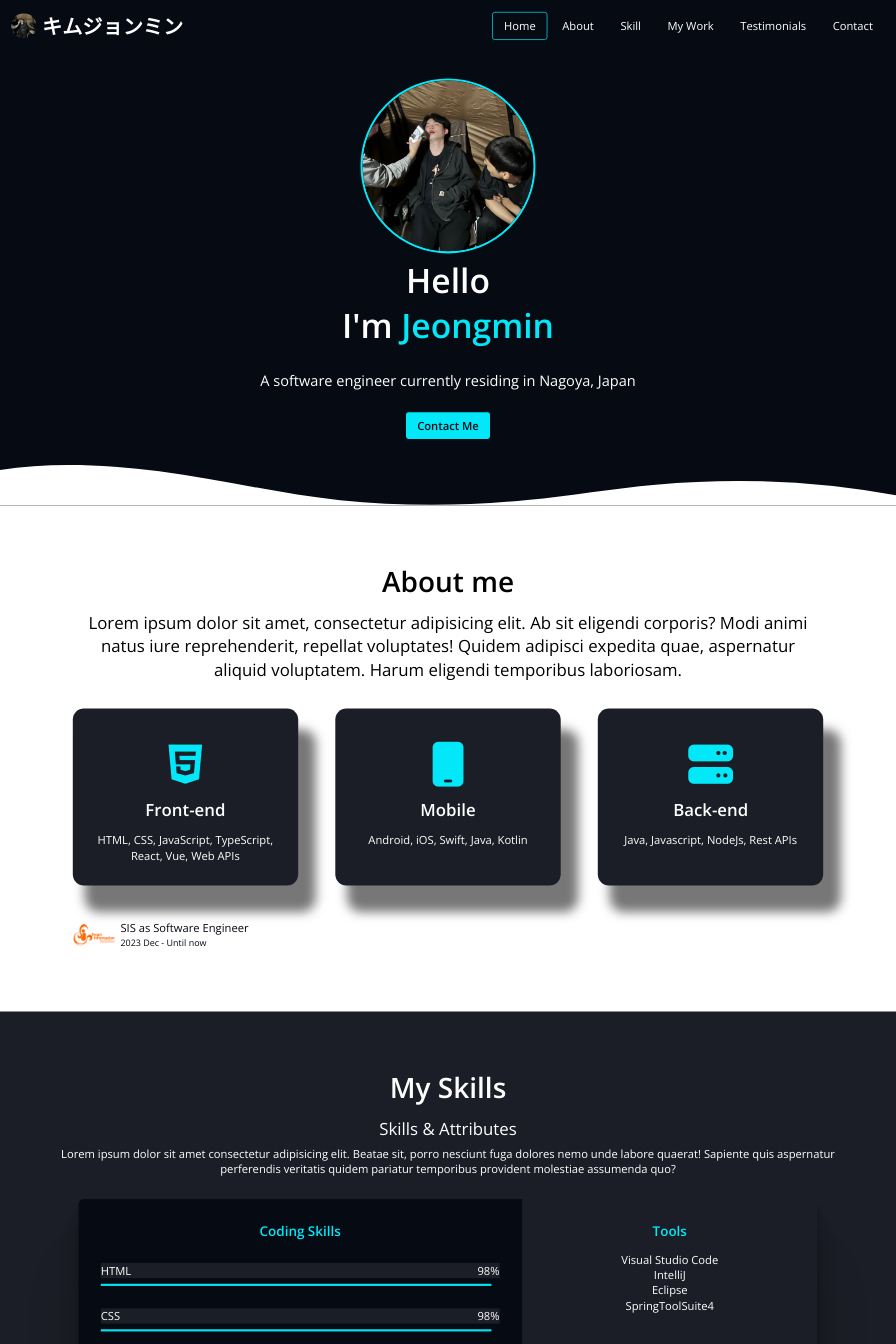
Repository: N1C0N1C0/Portfolio
Page: index.html
The author's editor kept a copy of each file at every save. The page is drawn from the files as they stood at one save, then again after the next save.
The browser window is 1280 px wide. The pictures show the part of the page from y = 0 to 1920 px (the page is 4446 px tall), at 70% of full size.
Some web libraries are served in a nearby version.

Above is the page before, as saved 2024-01-03 22:49:13.

### index.html
<!DOCTYPE html>
<html lang="jp">
<head>
    <meta charset="UTF-8">
    <meta name="viewport" content="width=device-width, initial-scale=1.0">
    <!-- SEO -->
    <title>My&#39s Portfolio</title>
    <meta
        name="description"
        content="Portfolio for job change"
    />
    <meta
        name="author" content="KimJeongmin"
    />
    <link rel="shortcut icon" href="images/favicon.ico" type="image/x-icon">
    <!-- OG(OPEN Graph Data) -->
    <meta property="og:title" content="Portfolio"/>
    <meta property="og:type" content="website"/>
    <meta property="og:url" content="https://n1c0n1c0.github.io/Portfolio/"/>
    <meta property="og:image" content="https://n1c0n1c0.github.io/Portfolio/images/og.webp"/>
    <!-- Google Fonts -->
    <link rel="preconnect" href="https://fonts.googleapis.com">
    <link rel="preconnect" href="https://fonts.gstatic.com" crossorigin>
    <link href="https://fonts.googleapis.com/css2?family=Noto+Sans+JP:wght@300;400;500&family=Open+Sans:wght@400;600&display=swap" rel="stylesheet">
    <!-- Font Awesome -->
    <script src="https://kit.fontawesome.com/04742e9fab.js" crossorigin="anonymous"></script>
    <!-- CSS -->
    <link rel="stylesheet" href="css/style.css">
    <!-- Javascript -->
    <script type="module" src="src/main.js" defer></script>
    <script type="module" src="src/projects.js" defer></script>
    <script type="module" src="src/active_menu.js" defer></script>
</head>
<body>
    <!-- Header -->
    <header class="header">
        <div class="header__logo">
            <img class="header__logo__img" src="images/favicon.ico" alt="logo" />
            <h1 class="header__logo__title"><a href="#">キムジョンミン</a></h1>
        </div>
        <nav class="header__nav">
            <ul class="header__menu">
                <li><a class="header__menu__item active" href="#home">Home</a></li>
                <li><a class="header__menu__item" href="#about">About</a></li>
                <li><a class="header__menu__item" href="#skills">Skill</a></li>
                <li><a class="header__menu__item" href="#work">My Work</a></li>
                <li><a class="header__menu__item" href="#testimonials">Testimonials</a></li>
                <li><a class="header__menu__item" href="#contact">Contact</a></li>
            </ul>
        </nav>
        <button class="header__toggle" aria-label="navigation menu toggle">
            <i class="fa-solid fa-bars"></i>
        </button>
    </header>
    <!-- Main -->
    <main>
        <!-- Home -->
        <section id="home">
            <div class="home__container">
                <img class="home__avatar" src="images/profile.JPG" alt="profile">
                <h2 class="home__title">Hello<br/> I&#39;m <strong class="home__title--strong">Jeongmin</strong></h2>
                <p class="home__description">A software engineer currently residing in Nagoya, Japan</p>
                <a class="home__contact" href="#contact">Contact Me</a>
            </div>
            <div class="home__divider">
                <svg data-name="Layer 1" xmlns="http://www.w3.org/2000/svg" viewBox="0 0 1200 120" preserveAspectRatio="none">
                    <path d="M321.39,56.44c58-10.79,114.16-30.13,172-41.86,82.39-16.72,168.19-17.73,250.45-.39C823.78,31,906.67,72,985.66,92.83c70.05,18.48,146.53,26.09,214.34,3V0H0V27.35A600.21,600.21,0,0,0,321.39,56.44Z" class="shape-fill"></path>
                </svg>
            </div>
        </section>
        <!-- About -->
        <section id="about" class="section max-container">
            <h2 class="title">About me</h2>
            <p class="description">
                Lorem ipsum dolor sit amet, consectetur adipisicing elit. Ab sit eligendi corporis? Modi animi natus iure reprehenderit, repellat voluptates! Quidem adipisci expedita quae, aspernatur aliquid voluptatem. Harum eligendi temporibus laboriosam.
            </p>
            <ul class="majors">
                <li class="major">
                    <i class="fa-brands fa-html5 major__icon"></i>
                    <p class="major__title">Front-end</p>
                    <p>HTML, CSS, JavaScript, TypeScript, React, Vue, Web APIs</p>
                </li>
                <li class="major">
                    <i class="fa-solid fa-mobile major__icon"></i>
                    <p class="major__title">Mobile</p>
                    <p>Android, iOS, Swift, Java, Kotlin</p>
                </li>
                <li class="major">
                    <i class="fa-solid fa-server major__icon"></i>
                    <p class="major__title">Back-end</p>
                    <p>Java, Javascript, NodeJs, Rest APIs</p>
                </li>
            </ul>
            <ul class="jobs">
                <li class="job">
                    <img class="job__img" src="images/sis_image.png" alt="株式 SIS">
                    <div>
                        <p class="job__name">SIS as Software Engineer</p>
                        <p class="job__period">2023 Dec - Until now</p>
                    </div>
                </li>
            </ul>
        </section>
        <!-- Skills -->
        <section id="skills" class="section">
            <div class="max-container">
                <h2 class="title">My Skills</h2>
            <p class="description">Skills & Attributes</p>
            <p>
                Lorem ipsum dolor sit amet consectetur adipisicing elit. Beatae sit, porro nesciunt fuga dolores nemo unde labore quaerat! Sapiente quis aspernatur perferendis veritatis quidem     pariatur temporibus provident molestiae assumenda quo?
            </p>
            <div class="skills">
                <section class="skills__coding">
                    <h3 class="skills__title">Coding Skills</h3>
                    <ul>
                        <li class="bar">
                            <div class="bar__metadata"><span>HTML</span><span>98%</span></div>
                            <div class="bar__bg"><div class="bar__value" style="width: 98%"></div></div>
                        </li>
                        <li class="bar">
                            <div class="bar__metadata"><span>CSS</span><span>98%</span></div>
                            <div class="bar__bg"><div class="bar__value" style="width: 98%"></div></div>
                        </li>
                        <li class="bar">
                            <div class="bar__metadata"><span>JavaScript</span><span>98%</span></div><div class="bar__bg">
                            <div class="bar__value" style="width: 98%"></div></div>
                        </li>
                        <li class="bar">
                            <div class="bar__metadata"><span>TypeScript</span><span>98%</span></div>
                            <div class="bar__bg"><div class="bar__value" style="width: 98%"></div></div>
                        </li>
                        <li class="bar">
                            <div class="bar__metadata"><span>React</span><span>98%</span></div>
                            <div class="bar__bg"><div class="bar__value" style="width: 98%"></div></div>
                        </li>
                        <li class="bar">
                            <div class="bar__metadata"><span>Java</span><span>68%</span></div>
                            <div class="bar__bg"><div class="bar__value" style="width: 68%"></div></div>
                        </li>
                    </ul>
                </section>
                <section class="skills__tools">
                    <h3 class="skills__title">Tools</h3>
                    <ul>
                        <li>Visual Studio Code</li>
                        <li>IntelliJ</li>
                        <li>Eclipse</li>
                        <li>SpringToolSuite4</li>
                    </ul>
                </section>
                <section class="skills__etc">
                    <h3 class="skills__title">Etc</h3>
                    <ul>
                        <li>Git</li>
                        <li>Post Man</li>
                        <li>Math</li>
                    </ul>
                </section>
            </div>
            </div>
            <div class="skills__divider">
                <svg data-name="Layer 1" xmlns="http://www.w3.org/2000/svg" viewBox="0 0 1200 120" preserveAspectRatio="none">
                    <path d="M0,0V46.29c47.79,22.2,103.59,32.17,158,28,70.36-5.37,136.33-33.31,206.8-37.5C438.64,32.43,512.34,53.67,583,72.05c69.27,18,138.3,24.88,209.4,13.08,36.15-6,69.85-17.84,104.45-29.34C989.49,25,1113-14.29,1200,52.47V0Z" opacity=".25" class="shape-fill"></path>
                    <path d="M0,0V15.81C13,36.92,27.64,56.86,47.69,72.05,99.41,111.27,165,111,224.58,91.58c31.15-10.15,60.09-26.07,89.67-39.8,40.92-19,84.73-46,130.83-49.67,36.26-2.85,70.9,9.42,98.6,31.56,31.77,25.39,62.32,62,103.63,73,40.44,10.79,81.35-6.69,119.13-24.28s75.16-39,116.92-43.05c59.73-5.85,113.28,22.88,168.9,38.84,30.2,8.66,59,6.17,87.09-7.5,22.43-10.89,48-26.93,60.65-49.24V0Z" opacity=".5" class="shape-fill"></path>
                    <path d="M0,0V5.63C149.93,59,314.09,71.32,475.83,42.57c43-7.64,84.23-20.12,127.61-26.46,59-8.63,112.48,12.24,165.56,35.4C827.93,77.22,886,95.24,951.2,90c86.53-7,172.46-45.71,248.8-84.81V0Z" class="shape-fill"></path>
                </svg>
            </div>
        </section>
        <!-- Work -->
        <section id="work" class="section">
            <div class="max-container">
                <h2 class="title">My work</h2>
            <p class="description">Projects</p>
            <ul class="categories">
                <li><button class="category category--selected" data-category="all">All <span class="category__count">8</span></button></li>
                <li><button class="category" data-category="front-end">Front-end <span class="category__count">3</span></button></li>
                <li><button class="category" data-category="back-end">back-end <span class="category__count">3</span></button></li>
                <li><button class="category" data-category="mobile">Mobile <span class="category__count">2</span></button></li>
            </ul>
            <ul class="projects">
                <li class="project" data-type="front-end"><a href="#" target="_blank">
                    <img src="images/ncs_image.gif" alt="profile1" class="project__img">
                    <div class="project__metadata">
                        <h3 class="project__metadata__title">Project #1</h3>
                        <p>Clone Coding with HTML, CSS</p>
                    </div>
                </a></li>
                <li class="project" data-type="front-end"><a href="#" target="_blank">
                    <img src="images/ncs_image.gif" alt="profile2" class="project__img">
                    <div class="project__metadata">
                        <h3 class="project__metadata__title">Project #2</h3>
                        <p>Clone Coding with HTML, CSS</p>
                    </div>
                </a></li>
                <li class="project" data-type="front-end"><a href="#" target="_blank">
                    <img src="images/ncs_image.gif" alt="profile3" class="project__img">
                    <div class="project__metadata">
                        <h3 class="project__metadata__title">Project #3</h3>
                        <p>Clone Coding with HTML, CSS</p>
                    </div>
                </a></li>
                <li class="project" data-type="back-end"><a href="#" target="_blank">
                    <img src="images/ncs_image.gif" alt="profile4" class="project__img">
                    <div class="project__metadata">
                        <h3 class="project__metadata__title">Project #4</h3>
                        <p>Clone Coding with HTML, CSS</p>
                    </div>
                </a></li>
                <li class="project" data-type="back-end"><a href="#" target="_blank">
                    <img src="images/ncs_image.gif" alt="profile5" class="project__img">
                    <div class="project__metadata">
                        <h3 class="project__metadata__title">Project #5</h3>
                        <p>Clone Coding with HTML, CSS</p>
                    </div>
                </a></li>
                <li class="project" data-type="back-end"><a href="#" target="_blank">
                    <img src="images/ncs_image.gif" alt="profile6" class="project__img">
                    <div class="project__metadata">
                        <h3 class="project__metadata__title">Project #6</h3>
                        <p>Clone Coding with HTML, CSS</p>
                    </div>
                </a></li>
                <li class="project" data-type="mobile"><a href="#" target="_blank">
                    <img src="images/ncs_image.gif" alt="profile7" class="project__img">
                    <div class="project__metadata">
                        <h3 class="project__metadata__title">Project #7</h3>
                        <p>Clone Coding with HTML, CSS</p>
                    </div>
                </a></li>
                <li class="project" data-type="mobile"><a href="#" target="_blank">
                    <img src="images/ncs_image.gif" alt="profile8" class="project__img">
                    <div class="project__metadata">
                        <h3 class="project__metadata__title">Project #8</h3>
                        <p>Clone Coding with HTML, CSS</p>
                    </div>
                </a></li>
            </ul>
            </div>
        </section>
        <!-- Testimonials -->
        <section id="testimonials" class="section max-container">
            <h2 class="title">Testimonial</h2>
            <p class="description">See what they say about me</p>
            <ul class="testimonials">
                <li class="testimonial">
                    <img src="images/favicon.ico" alt="" class="testimonial__img">
                    <div class="testimonial__bubble">
                        <p>Lorem ipsum dolor sit amet, consectetur adipisicing elit. Nesciunt modi iusto veniam commodi reiciendis ullam optio, delectus cum pariatur ea magnam accusamus dolor sequi praesentium aliquid laudantium non quae eligendi.</p>
                        <p><a href="#" class="testimonial__bubble__name">James Kim</a> / Google</p>
                    </div>
                </li>
                <li class="testimonial">
                    <img src="images/favicon.ico" alt="" class="testimonial__img">
                    <div class="testimonial__bubble">
                        <p>Lorem ipsum dolor sit amet, consectetur adipisicing elit. Nesciunt modi iusto veniam commodi reiciendis ullam optio, delectus cum pariatur ea magnam accusamus dolor sequi praesentium aliquid laudantium non quae eligendi.</p>
                        <p><a href="#" class="testimonial__bubble__name">James Kim</a> / Google</p>
                    </div>
                </li>
                <li class="testimonial">
                    <img src="images/favicon.ico" alt="" class="testimonial__img">
                    <div class="testimonial__bubble">
                        <p>Lorem ipsum dolor sit amet, consectetur adipisicing elit. Nesciunt modi iusto veniam commodi reiciendis ullam optio, delectus cum pariatur ea magnam accusamus dolor sequi praesentium aliquid laudantium non quae eligendi.</p>
                        <p><a href="#" class="testimonial__bubble__name">James Kim</a> / Google</p>
                    </div>
                </li>
            </ul>
        </section>
        <!-- Arrow up -->
        <aside>
            <div class="arrow__container">
                <a class="arrow-up"  href="#home" title="back to top">
                    <i class="fa-solid fa-arrow-up"></i>
                </a>
            </div>
        </aside>
    </main>
    <!-- Footer -->
    <footer id="contact" class="section">
        <div class="contact__divider">
            <svg data-name="Layer 1" xmlns="http://www.w3.org/2000/svg" viewBox="0 0 1200 120" preserveAspectRatio="none">
                <path d="M649.97 0L550.03 0 599.91 54.12 649.97 0z" class="shape-fill"></path>
            </svg>
        </div>
        <div class="max-container">
            <h2 class="title">Let&#39;s talk</h2>
        <p class="description">dothd8775@gmail.com</p>
        <ul class="contact__links">
            <li>
                <a class="contact__link" href="https//github.com/" target="_blank" title="my github link">
                    <i class="fa-brands fa-github"></i>
                </a>
            </li>
            <li>
                <a class="contact__link" href="https//github.com/" target="_blank" title="my kinkedin link">
                    <i class="fa-brands fa-linkedin"></i>
                </a>
            </li>
        </ul>
        <p>©️kimujeongmin</p>
        </div>
    </footer>
</body>
</html>

Loaded but not shown: src/active_menu.js (55 lines, source omitted); src/main.js (52 lines, source omitted); src/projects.js (38 lines, source omitted); css/style.css (635 lines, source omitted)

After the next save:
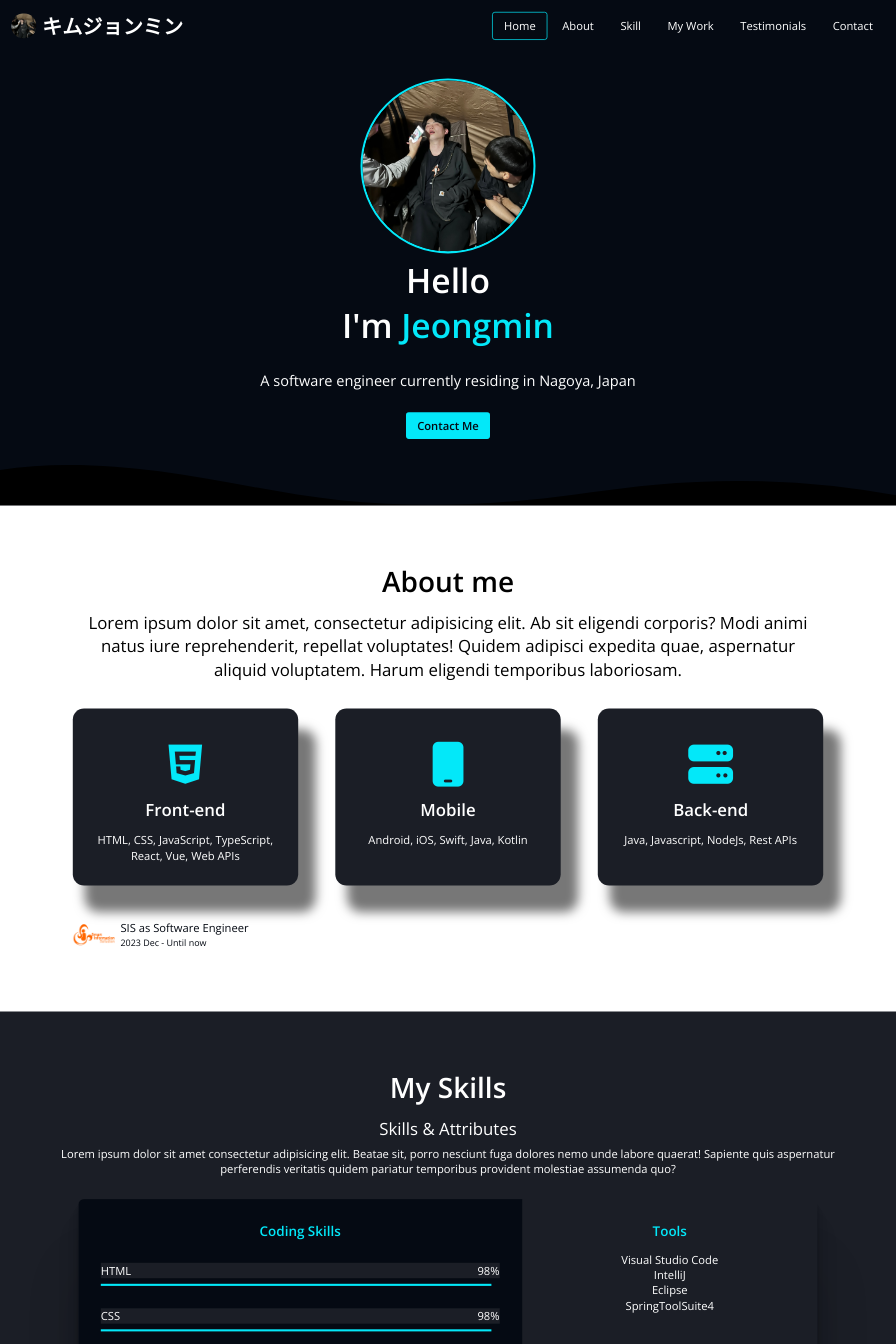
Saved 6 min 27 s later.
--- a/index.html
+++ b/index.html
@@ -63,8 +63,8 @@
                 <a class="home__contact" href="#contact">Contact Me</a>
             </div>
             <div class="home__divider">
-                <svg data-name="Layer 1" xmlns="http://www.w3.org/2000/svg" viewBox="0 0 1200 120" preserveAspectRatio="none">
-                    <path d="M321.39,56.44c58-10.79,114.16-30.13,172-41.86,82.39-16.72,168.19-17.73,250.45-.39C823.78,31,906.67,72,985.66,92.83c70.05,18.48,146.53,26.09,214.34,3V0H0V27.35A600.21,600.21,0,0,0,321.39,56.44Z" class="shape-fill"></path>
+                <svg xmlns="http://www.w3.org/2000/svg" viewBox="0 0 1200 120" preserveAspectRatio="none">
+                    <path d="M321.39,56.44c58-10.79,114.16-30.13,172-41.86,82.39-16.72,168.19-17.73,250.45-.39C823.78,31,906.67,72,985.66,92.83c70.05,18.48,146.53,26.09,214.34,3V0H0V27.35A600.21,600.21,0,0,0,321.39,56.44Z"></path>
                 </svg>
             </div>
         </section>
